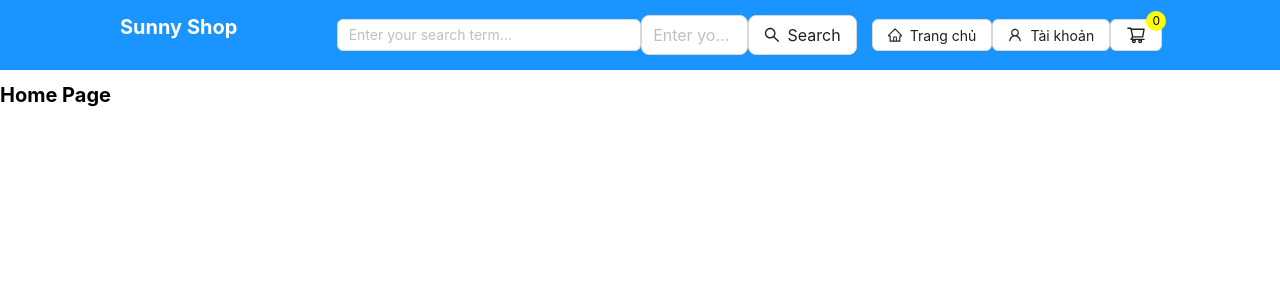
Repository: manhhieu120499/E-Commerce
Page: /
An editor plug-in stored every save of this project. The page is shown before and after the next save, followed by the edit.
The browser window is 1280 px wide. The pictures show the whole page.
The project was rebuilt for these pictures with package versions that can differ from the ones it lists, and the page was loaded fresh each time. Also part of the build but not shown: src/pages/product/Product.js, src/pages/order/Order.js, src/pages/notFound/NotFound.js, src/layouts/NormalLayout/NormalLayout.js.

Above is the page before, as saved 2025-01-01 12:22:27.

After the next save:
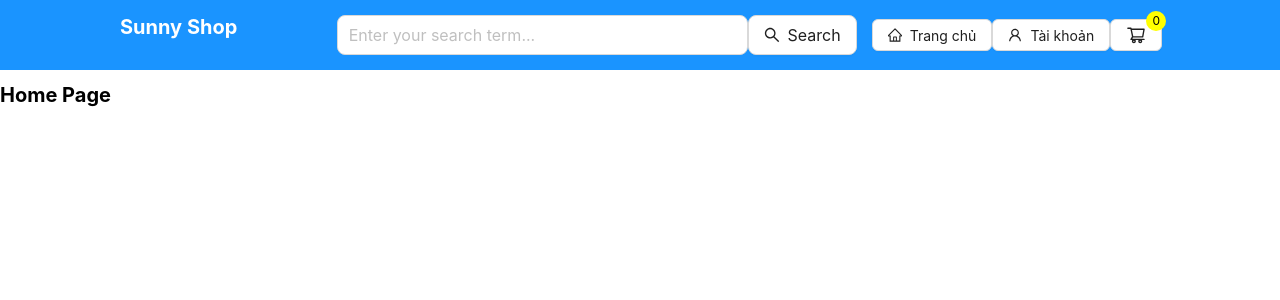
Saved 13 s later.
--- a/src/components/Header/Header.js
+++ b/src/components/Header/Header.js
@@ -21,8 +21,7 @@ export default function Header({ children }) {
         <Col span={5}>
           <WrapperSpan>Sunny Shop</WrapperSpan>
         </Col>
-        <Col span={12} style={{ display: "flex", alignItems: "center" }}>
-          <Input placeholder="Enter your search term..." />
+        <Col span={12}>
           <ButtonInputSearch />
         </Col>
         <Col
